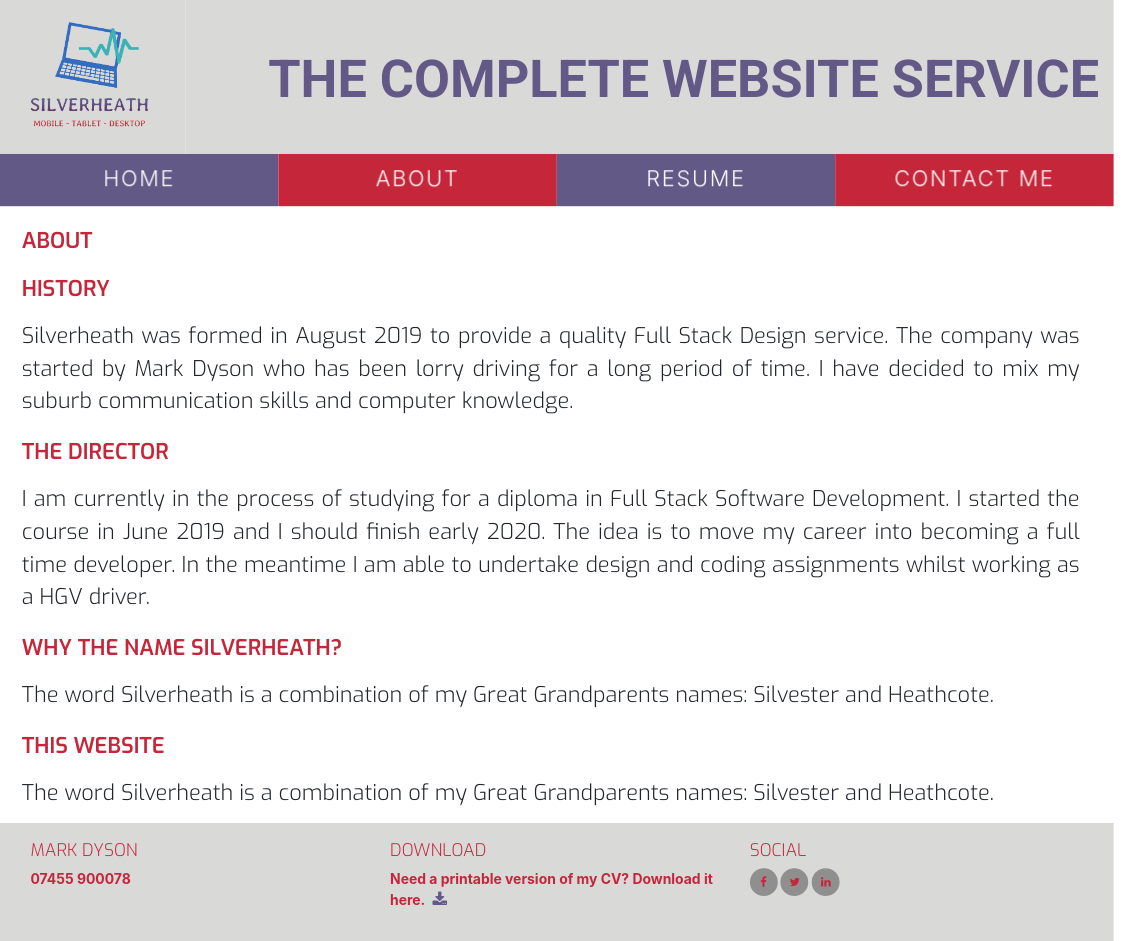
Repository: Code-Institute-Submissions/silverheath
Page: about.html
The author's editor kept a record of every edit. The page is drawn from the files as they stood at one moment, then again after the next edit.
The browser window is 1280 px wide. The page is 1305 px wide, so the pictures cover 1305 px, including what lies to the right of the window. The pictures show the whole page, at 87% of full size.
Some web libraries are served in a nearby version.

Above is the page before.

### about.html
<!DOCTYPE html>
<html lang="en">

<head>
    <meta name="author" content="Mark Dyson">
    <meta charset="UTF-8">
    <meta name="viewport" content="width=device-width, initial-scale=1.0">
    <meta http-equiv="X-UA-Compatible" content="ie=edge">
    <link rel="stylesheet" href="https://maxcdn.bootstrapcdn.com/bootstrap/4.2.1/css/bootstrap.min.css" type="text/css" />
    <link rel="stylesheet" href="https://maxcdn.bootstrapcdn.com/font-awesome/4.7.0/css/font-awesome.min.css" type="text/css" />
    <link rel="stylesheet" href="https://cdnjs.cloudflare.com/ajax/libs/hover.css/2.1.1/css/hover-min.css" type="text/css" />
    <link rel="stylesheet" href="assets/css/style.css">
    <title>SilverHeath</title>
</head>

<body>
    <header>
        <div class="row no-gutters">
            <a class="col-md-2 logo" href="index.html"></a>
            <div class="col-md-10">
                <div class="row no-gutters bg-color-name-title uppercase">
                    <div class="col heading">
                        <h1 class="title" <h1 class="title">The complete website service</h1>

                    </div>
                </div>
            </div <div class="row no-gutters">
            <div class="col">
                <ul id="nav" class="list-inline menucontainer">
                    <li class="col-6 col-sm-3 list-inline-item ui-menu-color-home menuitem">
                        <a href="index.html" class="hvr-bounce-to-top"><span>Home</span></a>
                    </li>
                    <li class="col-6 col-sm-3 list-inline-item ui-menu-color-about menuitem">
                        <a href="about.html" class="hvr-bounce-to-bottom"><span>About</span></a>
                    </li>
                    <li class="col-6 col-sm-3 list-inline-item ui-menu-color-resume menuitem">
                        <a href="resume.html" class="hvr-bounce-to-top"><span>Resume</span></a>
                    </li>
                    <li class="col-6 col-sm-3 list-inline-item ui-menu-color-contact menuitem">
                        <a href="contact.html" class="hvr-bounce-to-bottom"><span>Contact Me</span></a>
                    </li>
                </ul>
            </div>
        </div>
        </div>
        </div>
    </header>
    <div>
        <h3 class="section-heading uppercase intro-header">About</h3>
    </div>
    <div>
        <h4 class="section-heading uppercase intro-header">History</h4>
        <p></p>
        <div class="about" >
        <p>
            Silverheath was formed in August 2019 to provide a quality Full Stack Design service. The company was started by Mark Dyson who has been lorry driving for a long period of time. I have decided to mix my suburb communication skills and computer knowledge.
        </p>
        </div>
    </div>
    <div>
        <h4 class="section-heading uppercase intro-header">THE DIRECTOR</h4>
        <p></p>
        <div class="about" >
        <p>
            I am currently in the process of studying for a diploma in Full Stack Software Development. I started the course in June 2019 and I should finish early 2020. The idea is to move my career into becoming a full time developer. In the meantime I am able to undertake design and coding assignments whilst working as a HGV driver.
        </p>
        </div>
    </div>
    <div>
        <h4 class="section-heading uppercase intro-header">WHY THE NAME SILVERHEATH?</h4>
        <p></p>
        <div class="about" >
        <p>
            The word Silverheath is a combination of my Great Grandparents names: Silvester and Heathcote.
        </p>
    </div>
    </div>
     <h4 class="section-heading uppercase intro-header">This website</h4>
        <p></p>
        <div class="about" >
        <p>
            The word Silverheath is a combination of my Great Grandparents names: Silvester and Heathcote.
        </p>
    </div>
    </div>



    </div>


    </section>
    <footer class="container-fluid">
        <div id="footer-details" class="row">
            <div class="col-sm-4">
                <h5 class="uppercase general-sub">Mark Dyson</h5>
                <p class="inline-block">
                    07455 900078
                </p>
            </div>
            <div class="col-sm-4">
                <h5 class="uppercase general-sub">Download</h5>
                <p class="inline-block">
                    Need a printable version of my CV? Download it here.
                    <a href="assets/cv/cv.pdf" target="_blank" class="cv-pdf">
                                  <i class="fa fa-download" aria-hidden="true"></i>
                                  <span class="sr-only">Download link.</span>
                              </a>
                </p>
            </div>
            <div class="col-sm-4">
                <h5 class="uppercase general-sub">Social</h5>
                <ul class="list-inline social-links">
                    <li class="list-inline-item">
                        <a target="_blank" href="https://www.facebook.com/T123MRD">
                                        <i class="fa fa-facebook" aria-hidden="true"></i>
                                        <span class="sr-only">Facebook</span>
                                    </a>
                    </li>
                    <li class="list-inline-item">
                        <a target="_blank" href="https://twitter.com/md1858">
                                        <i class="fa fa-twitter" aria-hidden="true"></i>
                                        <span class="sr-only">Twitter</span>
                                    </a>
                    </li>
                    <li class="list-inline-item">
                        <a target="_blank" href="https://www.linkedin.com/in/mark-dyson-ba7397a1/">
                                        <i class="fa fa-linkedin" aria-hidden="true"></i>
                                        <span class="sr-only">LinkedIn</span>
                                    </a>
                    </li>



                </ul>
            </div>
        </div>
    </footer>
</body>

</html>

### assets/css/style.css
@import url('https://fonts.googleapis.com/css?family=Roboto:100,200,300,400,500,600,700|Exo:100,200,300,400,500,600,700');

/*--------------------------------------------Colors*/

.bg-color-name-title {
    background-color: #D9D9D8;
}

.bg-color-main-section {
    background-color: #fff;
}

.bg-color-personal-info {
    background-color: #f4f4f4;
}

.bg-color-portfolio {
    background-color: #625986;
}

.bg-color-contact {
    background-color: white;
}

.ui-menu-color-home {
    background-color: #625986;
}

.ui-menu-color-resume {
    background-color: #625986;
}

.ui-menu-color-about {
    background-color: #C52639;
}

.ui-menu-color-contact {
    background-color: #C52639;
}

.ui-menu-color-download {
    background-color: #525252;
}

.row-table {
    display: table;
}

.section-column {
    display: table-cell;
    padding: 0 30px 30px;
    float: none;
}

.section-heading {
    font-family: "Exo", sans-serif;
    font-weight: 300;
    margin-top: 25px;
    margin-bottom: 60px;
}

.portfolio-heading {
    color: #625986;
    font-weight: bold;
}


/* ----------------------------------------Special paddings/margins/text */

h1,
h2,
h3,
h4 {
    margin: 0;
}

.uppercase {
    text-transform: uppercase;
}

.general-sub {
    font-family: "Exo", sans-serif;
    font-weight: 300;
    color: #C52639;
}

.inline-block {
    display: inline-block;
}

.row-table {
    display: table;
}

.section-column {
    display: table-cell;
    padding: 0 30px 30px;
    float: none;
}

.history-heading,
.section-heading {
    font-family: "Exo", sans-serif;
    font-weight: 300;
    margin-top: 25px;
    margin-bottom: 40px;
}

.bottom-resume {
    padding: 0 130px 130px;

}


/*--------------------------------------------Heading*/

header {
    margin: 0;
}

.heading {
    margin-top: 30px;
    margin-left: 5px;
    margin-bottom: 40px;
}

.logo {
    background: url("../images/logo.jpg");
    background-position: center;
    background-repeat: no-repeat;
    background-size: contain;
    background-color: #D9D9D8;
    min-height: 150px;
    max-height: 247px;
    transition: all .5s ease-in-out;
    -moz-transition: all .5s ease-in-out;
    -webkit-transition: all .5s ease-in-out;
}

.title {
    font-family: "Roboto", sans-serif;
    font-weight: 800;
    font-size: 60px;
    margin-top: 25px;
    margin-bottom: 10px;
    margin-left: 90px;
    color: #625986;
    text-align: left;
}

.list-inline-item:not(:last-child) {
    margin: 0;
}

.menucontainer {
    font-size: 0;
}

#nav li {
    font-size: 14px;
    padding: 0;
}

#nav {
    margin: 0;
}

.menuitem {
    height: 60px;
    text-align: center;

}

.menuitem a {
    width: 100%;
    text-decoration: none;
    color: #fff;
    height: 60px;
}

.menuitem span {
    display: block;
    width: 100%;
    padding-top: 10px;
    text-align: center;
    text-transform: uppercase;
    font-size: 25px;
    font-weight: 300;
    letter-spacing: 2px;
}

/*----------------------intro----------------------*/

.intro {
    font-family: "Exo", sans-serif;
    text-align: justify;
    font-size: 25px;
    font-weight: 300;
    margin-top: 10px;
    margin-bottom: 10px;
    margin-left: 25px;
    width: 95%;

}

.intro-header {
    font-family: "Exo", sans-serif;
    text-align: left;
    font-size: 25px;
    font-weight: 600;
    margin-top: 25px;
    margin-bottom: 20px;
    margin-left: 25px;
    width: 100%;
    color: #C52639;

}

/*----------------------about----------------------*/

.about {
    font-family: "Exo", sans-serif;
    text-align: justify;
    font-size: 25px;
    font-weight: 300;
    margin-top: 10px;
    margin-bottom: 10px;
    margin-left: 25px;
    width: 95%;

}

.about-header {
    font-family: "Exo", sans-serif;
    text-align: left;
    font-size: 25px;
    font-weight: 600;
    margin-top: 25px;
    margin-bottom: 20px;
    margin-left: 25px;
    width: 100%;
    color: #C52639;

}


/*----------------------resume---------------------*/

span.a {
    display: inline;
    width: 200px;
    height: 200px;
    padding: 5px;
    border: 2px solid black;
    background-color: white;
    margin-left: 25px;
    font-weight: bold;
    width: 90%;
}

.resume-spacer {
    margin-bottom: 30px;
    margin-top: 30px;
}

.resume-list {
    margin-left: 35px;
    font-size: 15px;
}

.resume-one {
    color: #C52639;
    margin-left: 35px;
    font-weight: 600;
    font-size: 25px;
    margin-top: 25px;
}

.resume-spacer {
    text-align: center;
    color: #C52639;
    font-size: 40px;
    font-weight: 600;
    margin-top: 5px;
    margin-bottom: 5px;


}

.resume {
    font-family: "Exo", sans-serif;
    text-align: justify;
    font-size: 25px;
    font-weight: 300;
    margin-top: 1px;
    margin-bottom: 1px;
    margin-left: 25px;
    width: 95%;

}

.resume-header {
    font-family: "Exo", sans-serif;
    text-align: left;
    font-size: 25px;
    font-weight: 600;
    margin-top: 5px;
    margin-bottom: 20px;
    margin-left: 25px;
    width: 100%;
    color: #625986;

}






/*----------------------summary----------------------*/

.topline {
    padding-top: 20px;
    padding-bottom: 10px;
    margin-bottom: 15px;
    margin-left: 200;
    text-align: center;
    font-size: 40px;
    text-transform: uppercase;
    font-weight: bold;
    color: #625986;
}

.middleline {
    padding-top: 10px;
    padding-bottom: 10px;
    margin-bottom: 15px;
    margin-left: 200;
    text-align: center;
    font-size: 40px;
    text-transform: uppercase;
    font-weight: bold;
    color: #625986;
}

.bottomline {
    padding-top: 10px;
    padding-bottom: 30px;
    margin-bottom: 15px;
    margin-left: 200;
    text-align: center;
    font-size: 40px;
    text-transform: uppercase;
    font-weight: bold;
    color: #625986;
}
/*----------------------Contact----------------------*/
.contact {
    font-family: "Exo", sans-serif;
    text-align: justify;
    font-size: 25px;
    font-weight: 300;
    margin-top: 1px;
    margin-bottom: 1px;
    margin-left: 25px;
    width: 95%;

}

.contact-header {
    font-family: "Exo", sans-serif;
    text-align: left;
    font-size: 25px;
    font-weight: 600;
    margin-top: 5px;
    margin-bottom: 20px;
    margin-left: 25px;
    width: 100%;
    color: #C52639;

}

.contact-padding {
    margin-top: 30px;


}

.contact-paddingtop {
    margin-top: 60px;


}








/*--------------------------------------------Heading*/

.heading-padding {
    margin-top: 30px;

}
/*----------------------Hover.css----------------------*/

/* hvr-underline-from-center:before */

hvr-outline-out {
    background: #C52639;
    height: 40px;
}

/* ----------------------Footer---------------------- */

footer {
    background-color: #525252;
    color: #C52639;
    min-height: 120px;
    margin: 0;
}

.cv-pdf i {
    font-size: 18px;
    color: #625986;
    text-align: center;
    padding-left: 5px;
    transition: all 0.35s ease-in-out;
    -moz-transition: all 0.35s ease-in-out;
    -webkit-transition: all 0.35s ease-in-out;
    -o-transition: all 0.35s ease-in-out;
}

.cv-pdf i:hover {
    color: #C52639;
}

.social-links {
    padding-bottom: 15px;
}

.social-links li a i {
    width: 32px;
    height: 32px;
    padding: 12px 0;
    border-radius: 50%;
    font-size: 13px;
    line-height: 7px;
    text-align: center;
    color: #C52639;
    background: #8f8f8f;
    transition: all 0.35s ease-in-out;
    -moz-transition: all 0.35s ease-in-out;
    -webkit-transition: all 0.35s ease-in-out;
    -o-transition: all 0.35s ease-in-out;
}

.social-links li a i:hover {
    background: #625986;
}

#footer-details {
    padding: 20px;
    background-color: #D9D9D8;
    color: #C52639;
    font-weight: bold;
}


/* ----------------------Media Queries---------------------- */

@media(min-width: 992px) {
    .center-form {
        padding-top: 30px;
        min-height: 240px;
        margin: 0 auto;
        max-width: 50%;
    }
}

@media(max-width: 400px) {
    .center-form {
        padding-top: 30px;
        min-height: 240px;
        margin: 0 auto;
        max-width: 50%;
    }
    .title {
        font-size: 40px;
        text-align: left;
        max-width: 100px;
        padding-left: 5px;
    }
    .intro {
        max-width: 300px;
    }
    .intro-heading {
        max-width: 300px;
    }
}

After the next edit:
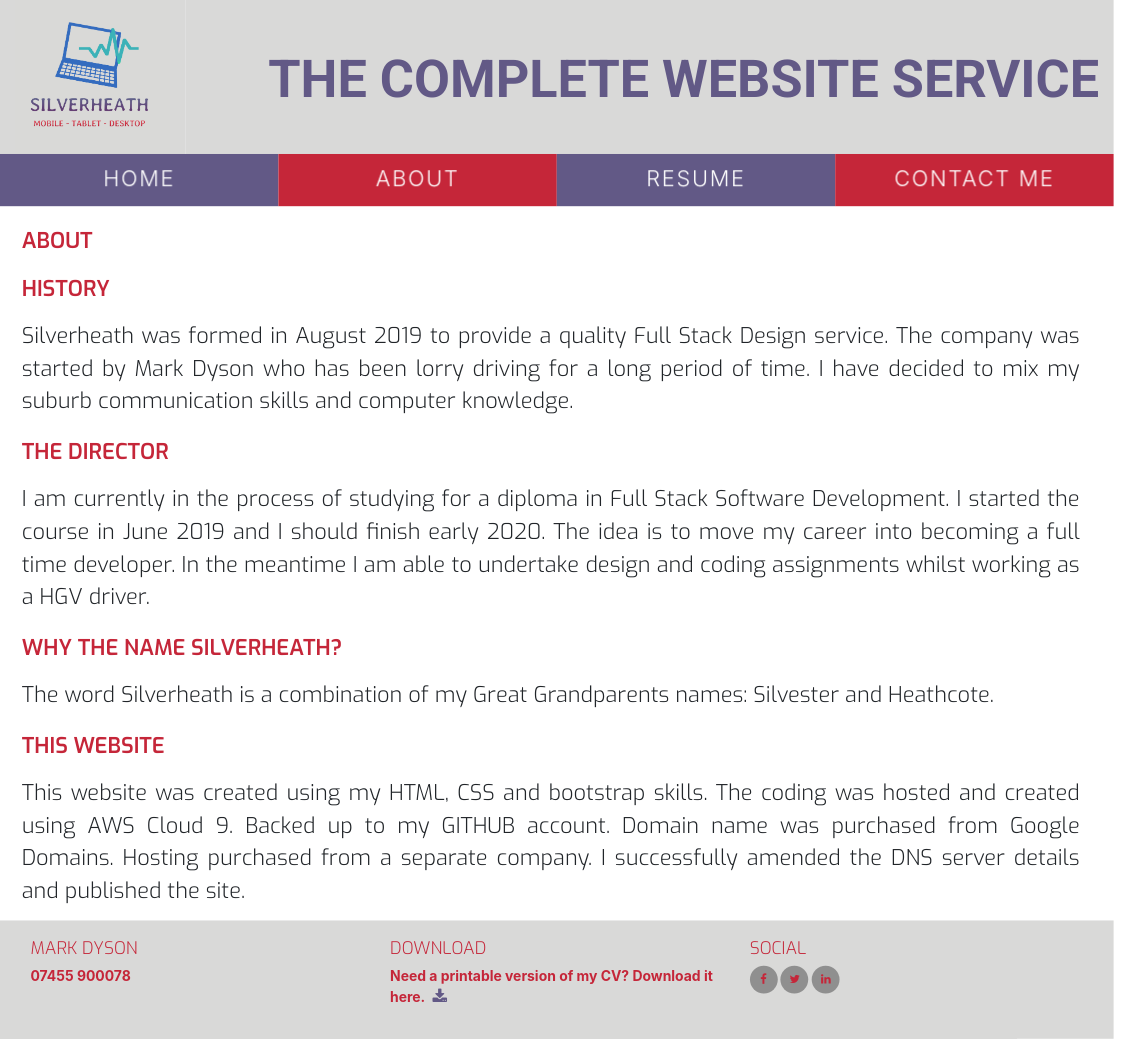
The edit:
--- a/about.html
+++ b/about.html
@@ -79,7 +79,7 @@
         <p></p>
         <div class="about" >
         <p>
-            The word Silverheath is a combination of my Great Grandparents names: Silvester and Heathcote.
+            This website was created using my HTML, CSS and bootstrap skills. The coding was hosted and created using AWS Cloud 9. Backed up to my GITHUB account. Domain name was purchased from Google Domains. Hosting purchased from a separate company. I successfully amended the DNS server details and published the site.
         </p>
     </div>
     </div>
